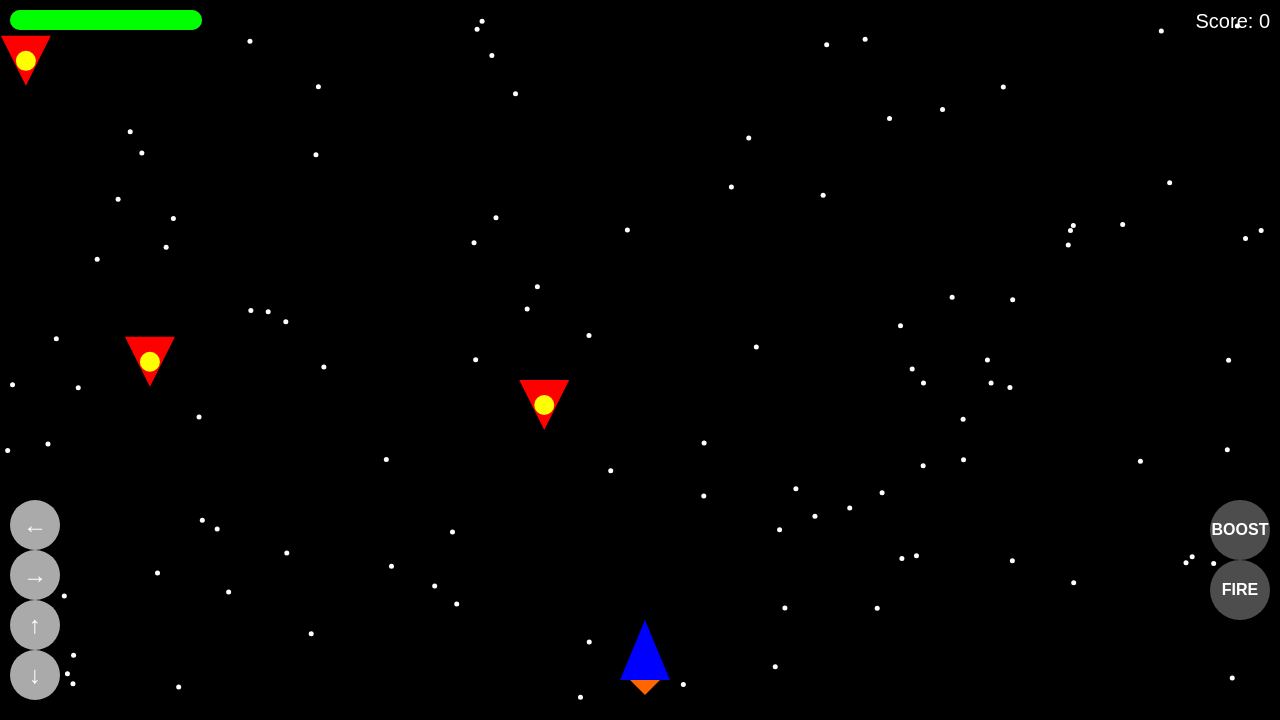
Repository: BiranOrundas/space-shooter
Page: space-shooter.html
The author's editor kept a copy of each file at every save. The page is drawn from the files as they stood at one save, then again after the next save.
The browser window is 1280 px wide. The pictures show the whole page.

Above is the page before, as saved 2025-03-13 15:55:14.

After the next save:
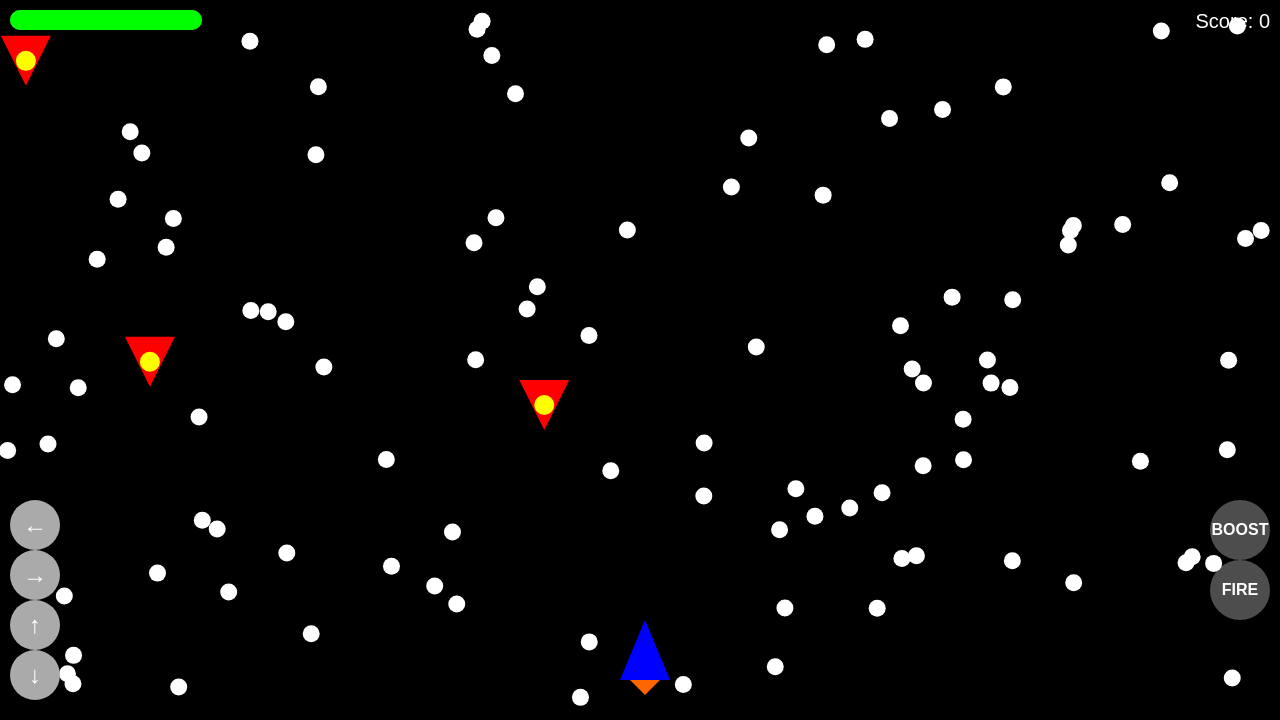
Saved 14 s later.
--- a/space-shooter.html
+++ b/space-shooter.html
@@ -340,7 +340,7 @@ function updateStars() {
     const speedFactor = player.isBoosting ? 5.5 : 1;
 
     star.y += star.speed * speedFactor; // Yıldızın hızı boost durumuna göre değişir
-    star.size = 2 + 0.5;
+    star.size = 8 + 0.5;
 
 
     // Eğer yıldız ekranın dışına çıkarsa, konumunu sıfırlayın
